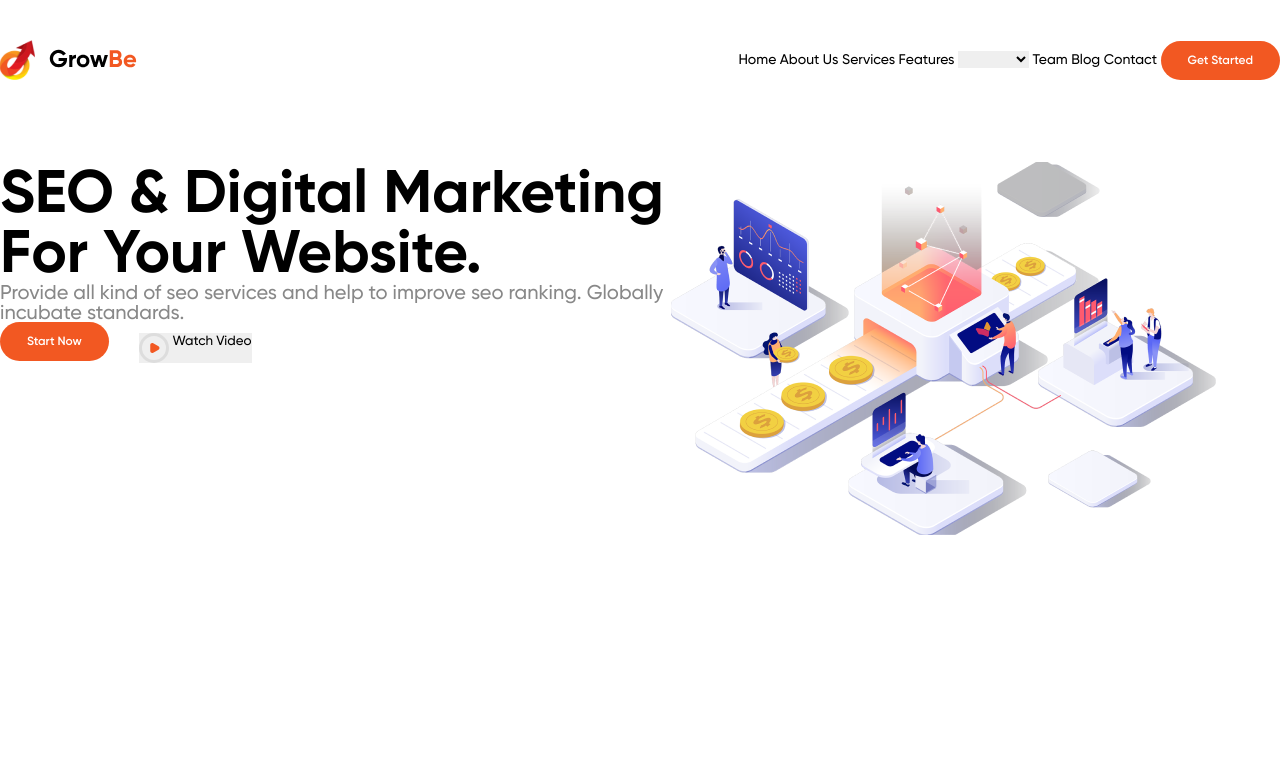
Repository: Alekseiy1980/GrowBe
Page: index.html
An editor plug-in stored every save of this project. The page is shown before and after the next save, followed by the edit.
The browser window is 1280 px wide. The pictures show the whole page.

Above is the page before, as saved 2024-01-20 14:00:23.

After the next save:
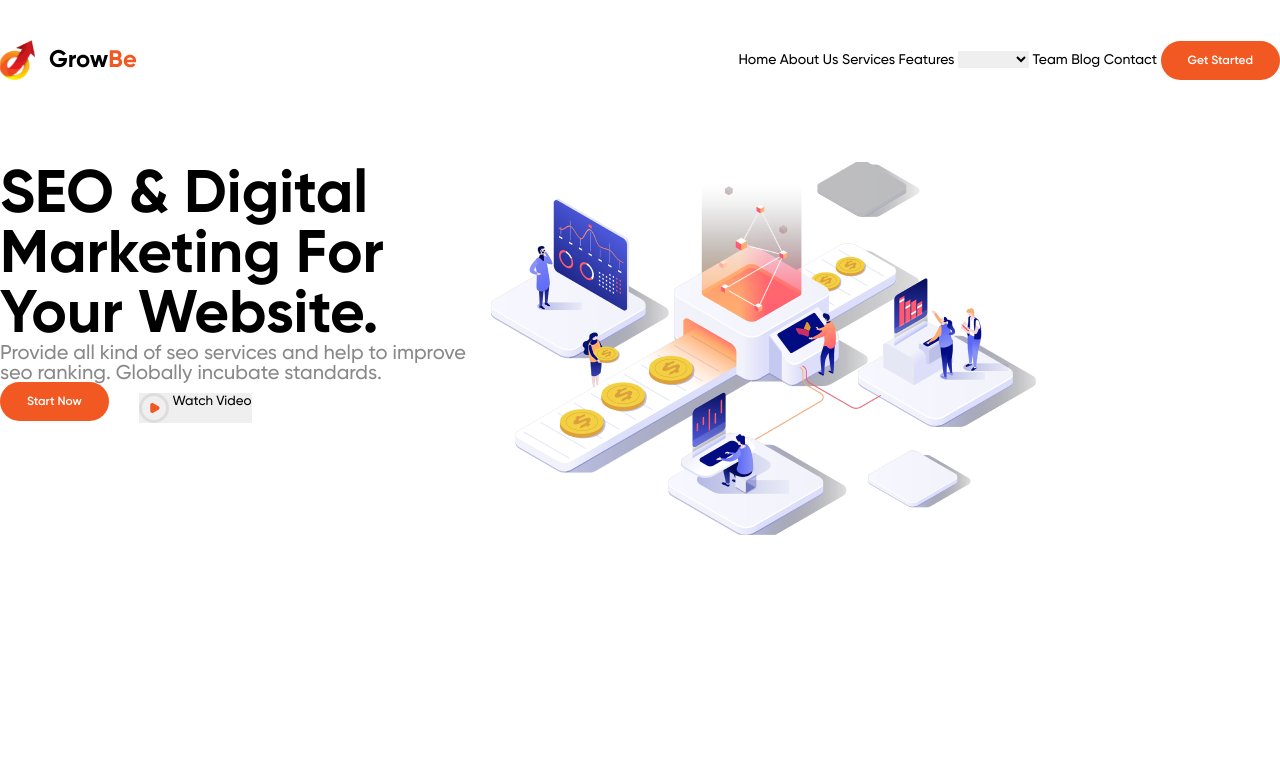
Saved 53 s later.
--- a/css/style.css
+++ b/css/style.css
@@ -71,7 +71,7 @@ header {
 .home_meta{
     margin-top: 82px;
     display: flex;
-    width: ;
+    width: 1100px;
 
 .home_content{
 
